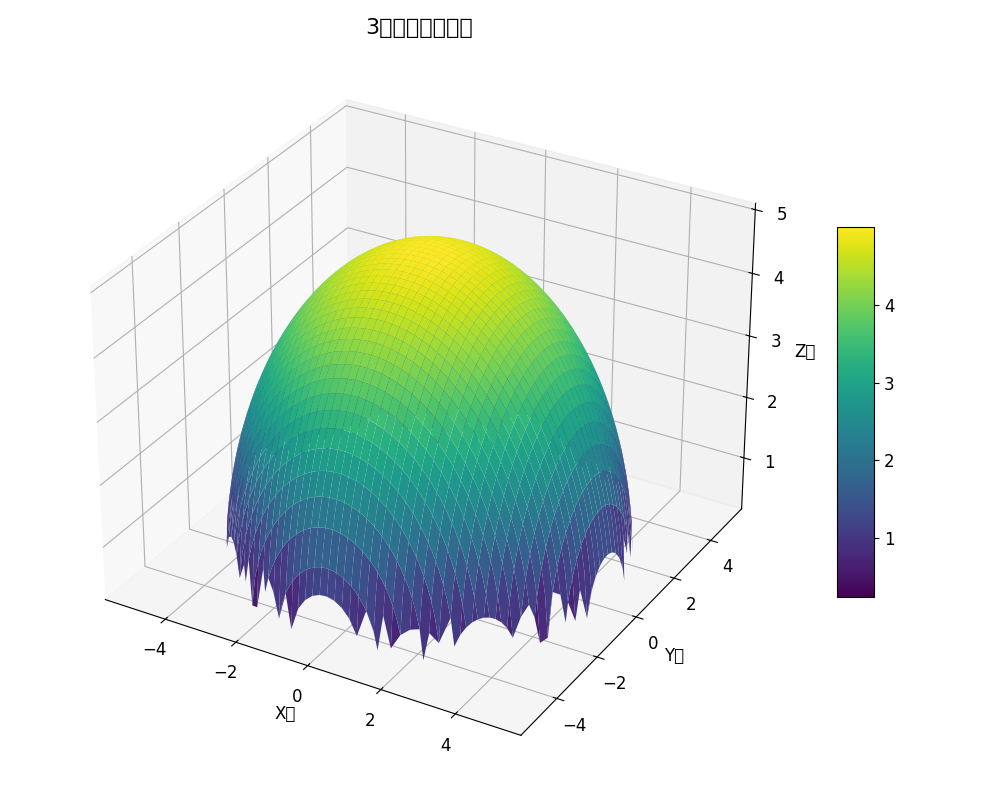
Repository: gouyamada/draw_surface
Script's output: python src/draw_surface.py
An editor plug-in stored every save of this project. The script's output is shown before and after the next save, followed by the edit.
Random numbers start from a fixed seed.

Above is the script's output before, as saved 2025-07-28 15:40:13.

After the next save:
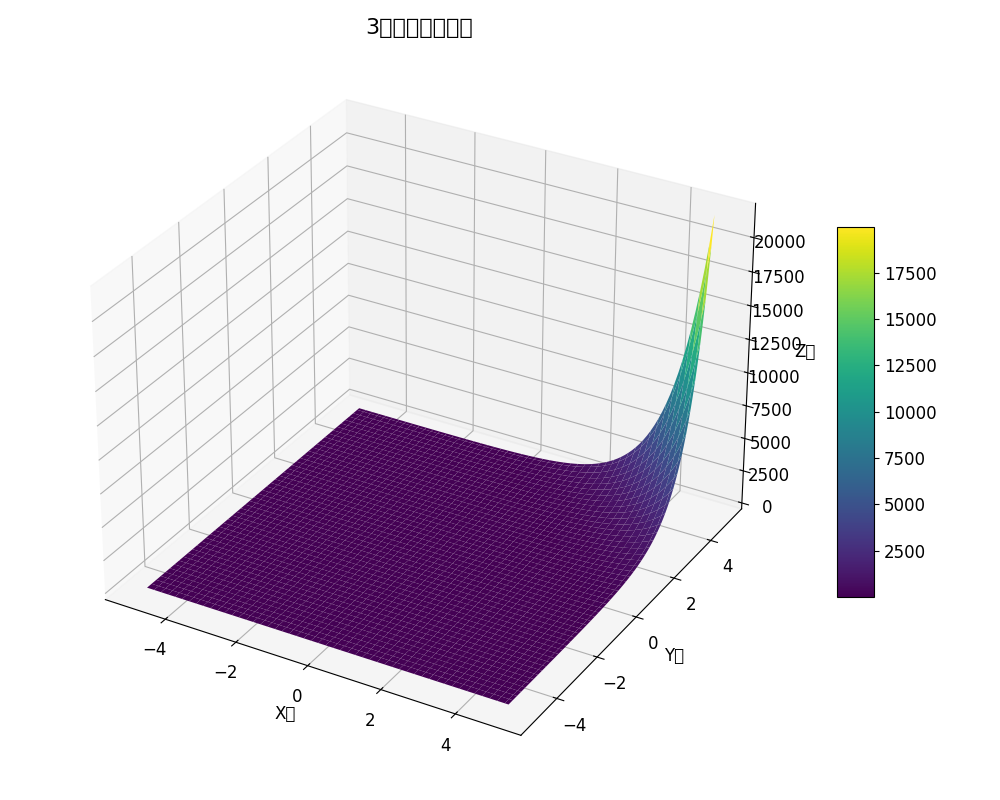
Saved 2 min 29 s later.
--- a/src/draw_surface.py
+++ b/src/draw_surface.py
@@ -16,9 +16,7 @@ def surface_setting(x, y):
     """
     描画する曲面の関数を定義する関数
     """
-    r = 5
-
-    z = np.sqrt(r**2 - x**2 - y**2)
+    z = np.exp(x + y)
     return z
 
 
